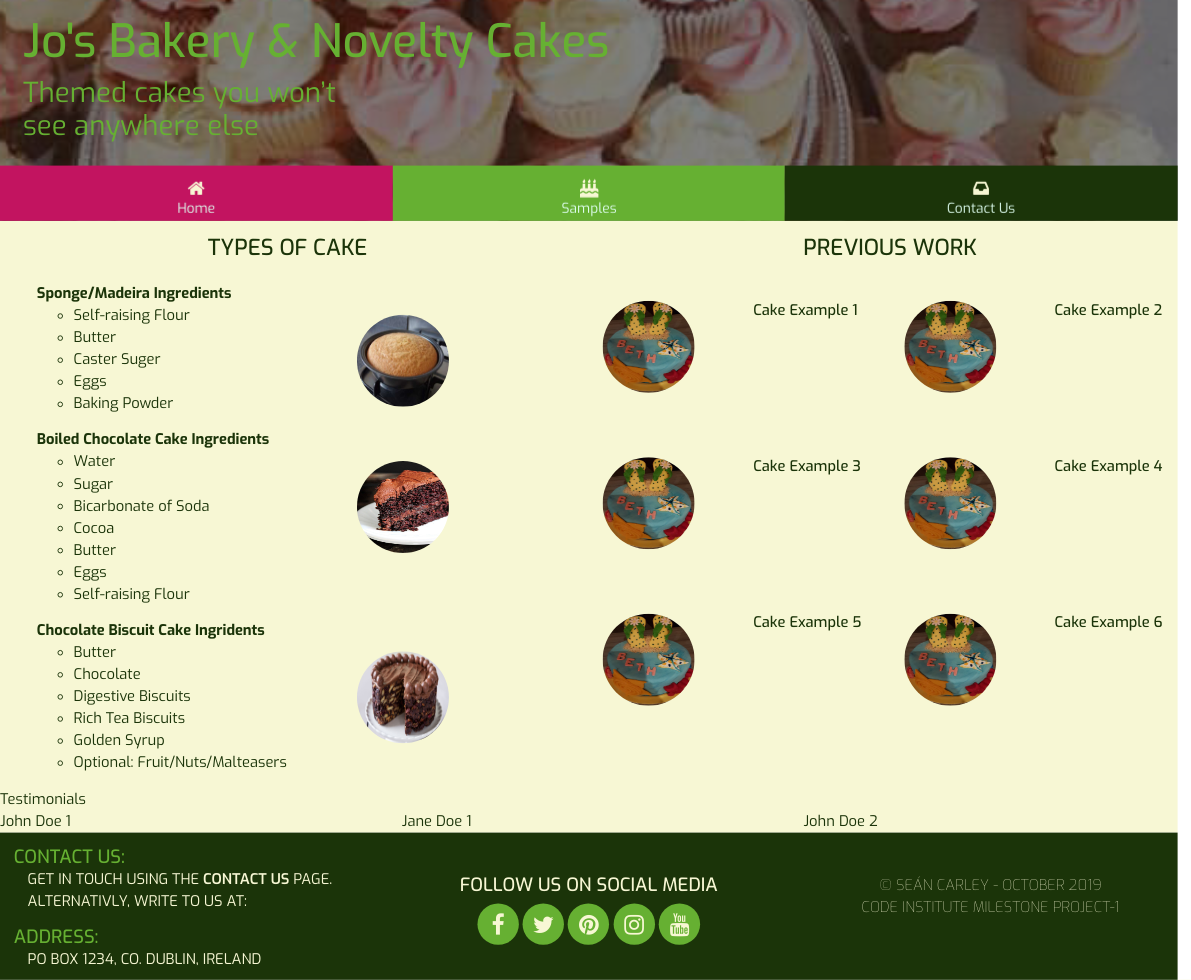
Repository: seanjcarley/Milestone1
Page: showcase.html
The author's editor kept a record of every edit. The page is drawn from the files as they stood at one moment, then again after the next edit.
The browser window is 1280 px wide. The page is 1295 px wide, so the pictures cover 1295 px, including what lies to the right of the window. The pictures show the whole page, at 92% of full size.

Above is the page before.
Console error: TypeError: Cannot read properties of undefined (reading 'fn')

After the next edit:
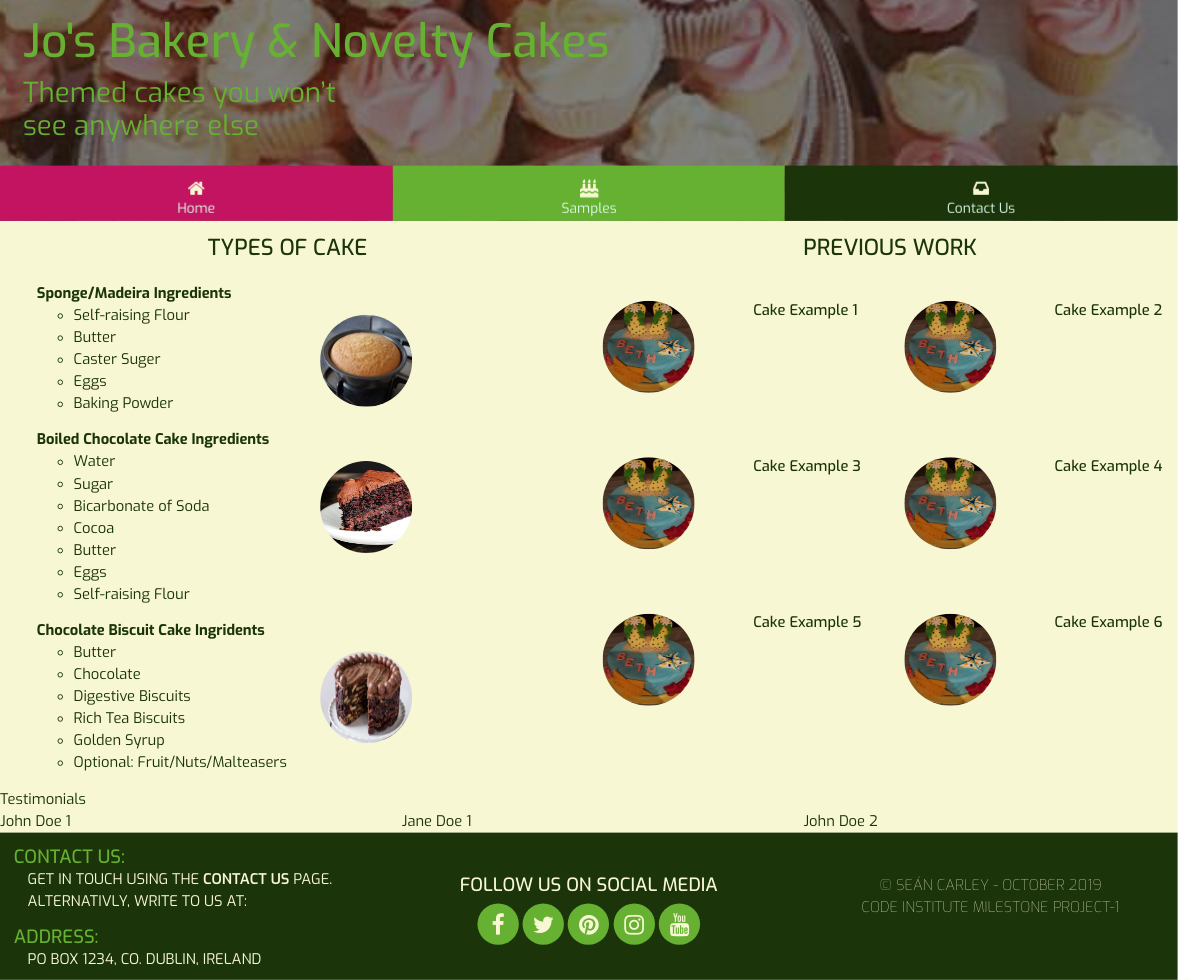
The edit:
--- a/css/style.css
+++ b/css/style.css
@@ -238,7 +238,6 @@
 
 .type-image {
     padding-top: 35px;
-    padding-left: 55px;
 }
 
 .mobile-modal,
